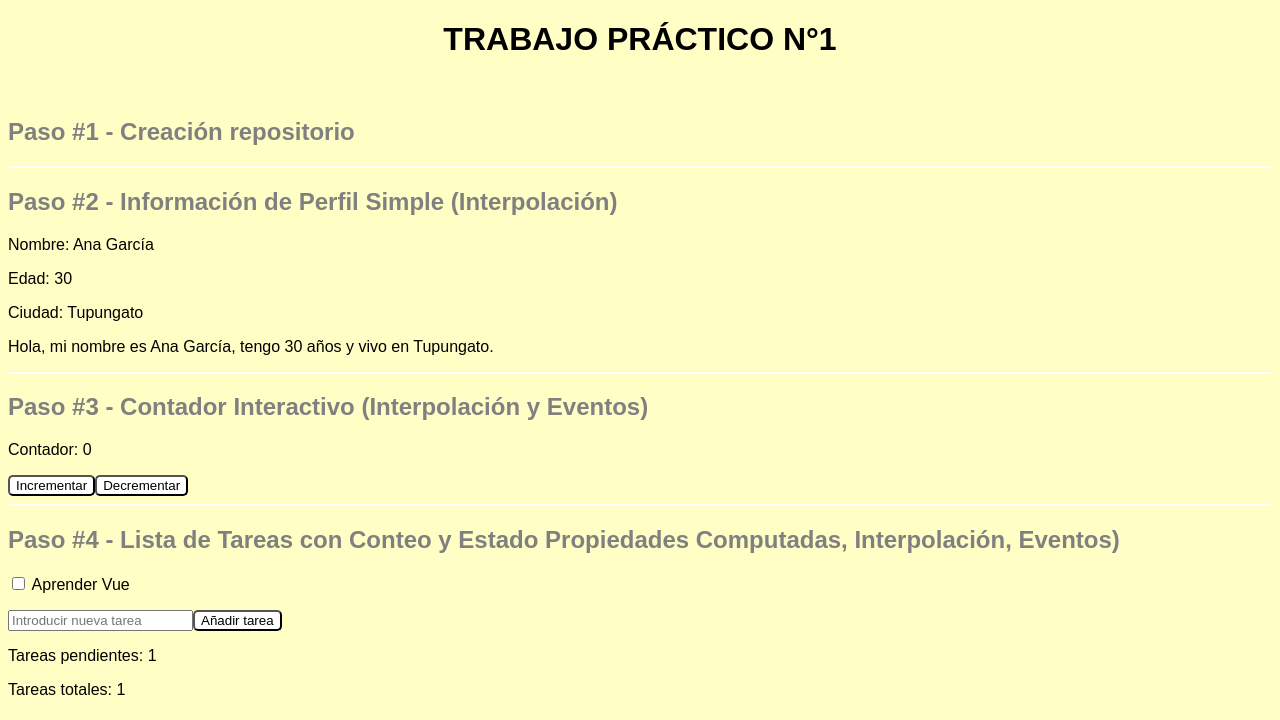
Repository: SofiaSferco/PWA
Page: practico01/index.html
The author's editor kept a copy of each file at every save. The page is drawn from the files as they stood at one save, then again after the next save.
The browser window is 1280 px wide. The pictures show the whole page.

Above is the page before, as saved 2025-10-03 14:30:01.

After the next save:
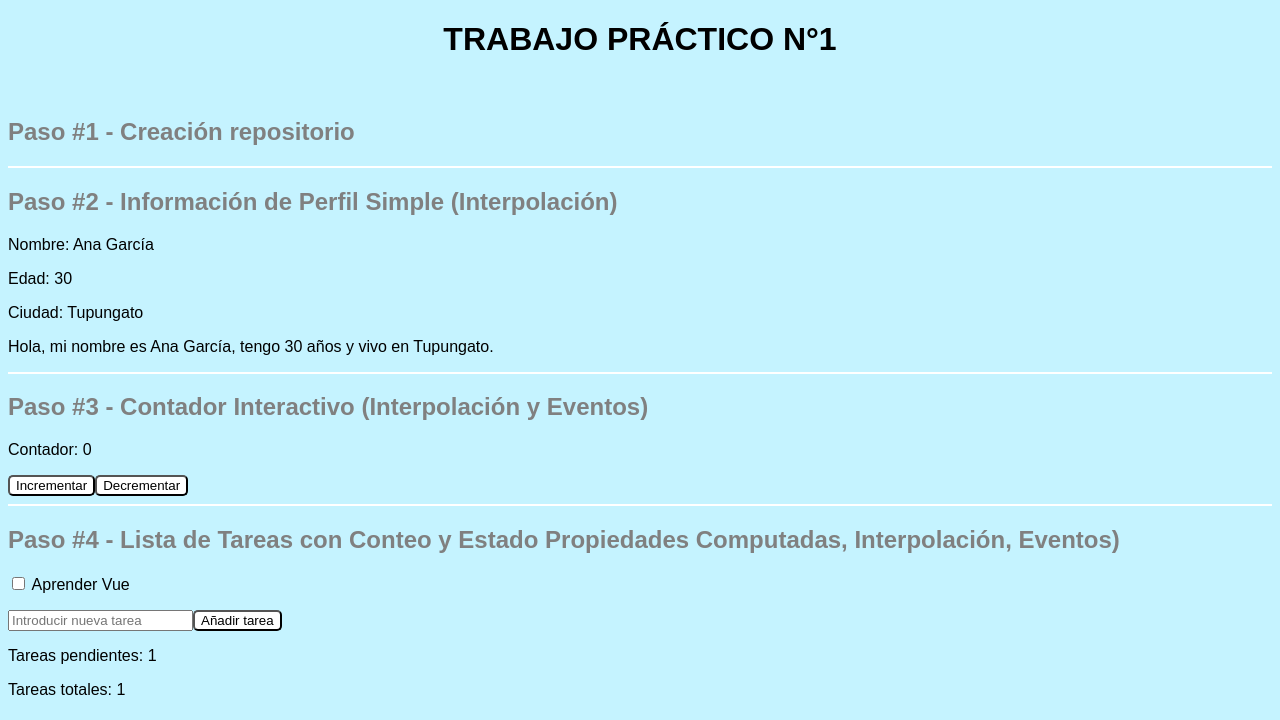
Saved 41 s later.
--- a/practico01/index.html
+++ b/practico01/index.html
@@ -81,7 +81,7 @@
     body {
         font-family: Arial, Helvetica, sans-serif;
         color: rgb(0, 0, 0);
-        background-color: rgb(255, 254, 197);
+        background-color: rgb(197, 243, 255);
     }
     h1{
         text-align: center;
